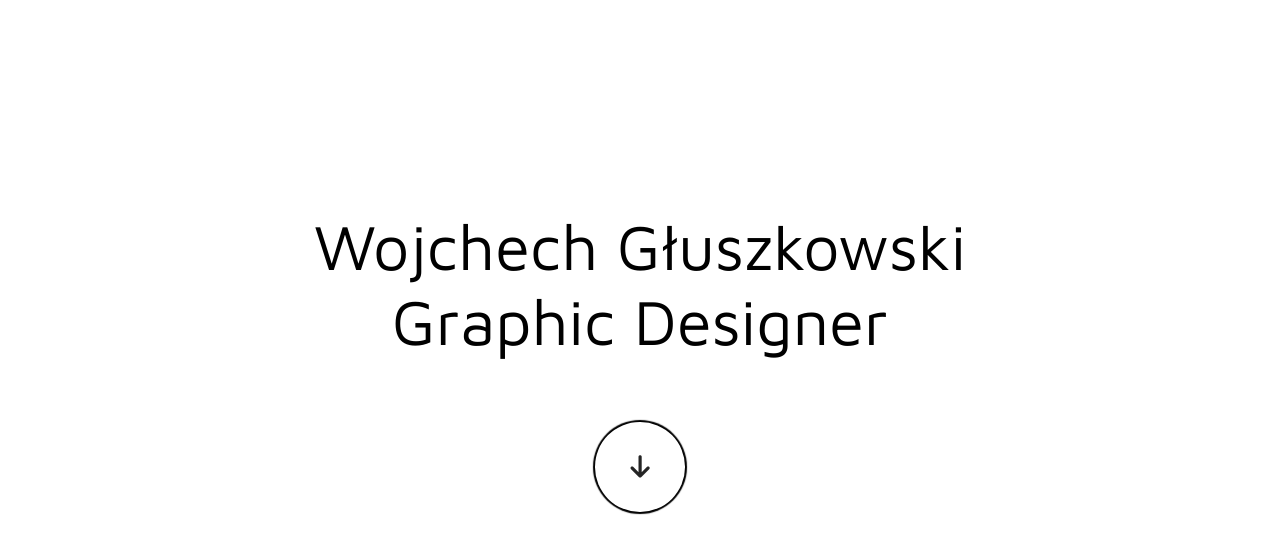
Repository: maciekto/WojciechGluszkowski-Porfolio
Page: /
The author's editor kept a copy of each file at every save. The page is drawn from the files as they stood at one save, then again after a run of saves.
The browser window is 1280 px wide. The pictures show the whole page.
Some web libraries are served in a nearby version. The project was rebuilt for these pictures with package versions that can differ from the ones it lists, and the page was loaded fresh each time.

Above is the page before, as saved 2022-06-07 14:37:09.

After the next 2 saves:
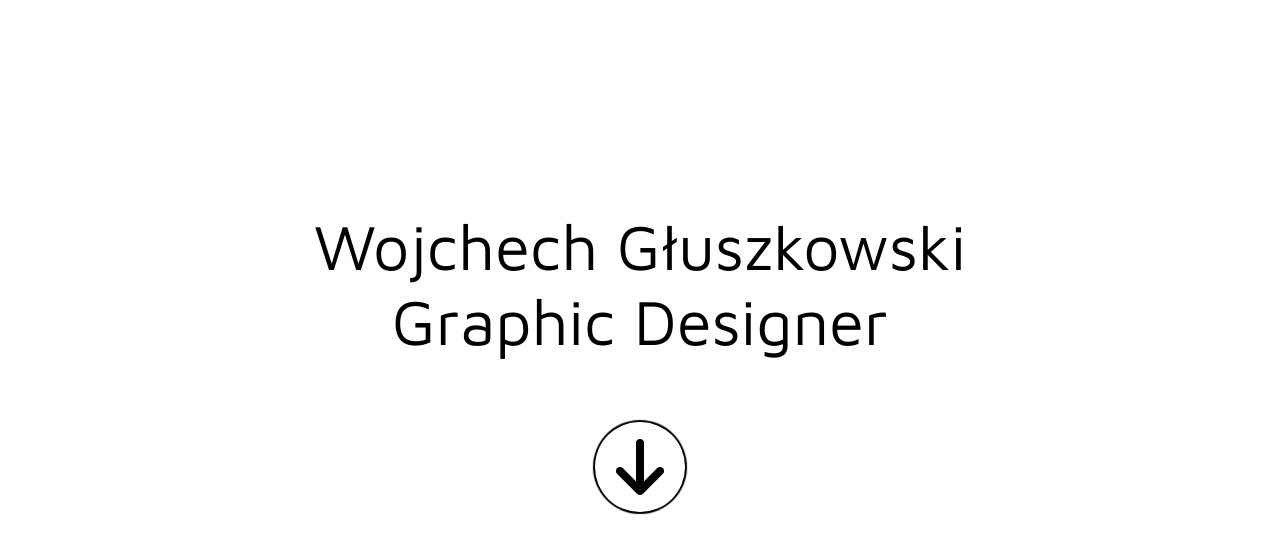
The 2 saves are shown as one change because they came seconds apart.
The last was saved 22 s later.
--- a/src/App.scss
+++ b/src/App.scss
@@ -24,7 +24,7 @@
         place-items: center;
         border-radius: 50%;
         cursor: pointer;
-        & i{
+        &-Arrow {
             transition: 0.4s;
             font-size: 2vw;
             animation: alarm 1s alternate infinite;

After the save that followed:
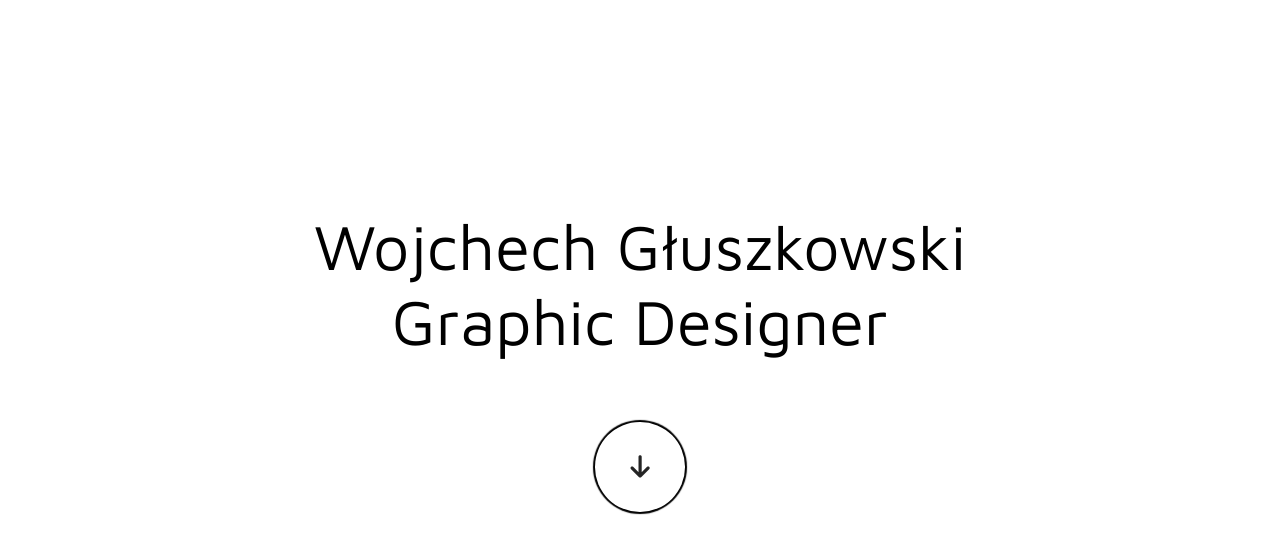
Saved 4 s later.
--- a/src/App.js
+++ b/src/App.js
@@ -9,7 +9,7 @@
         Wojchech Głuszkowski<br />
         Graphic Designer
         <div className="App-Button">
-          <i className="fa-solid fa-arrow-down"></i>
+          <i className="fa-solid fa-arrow-down App-Button-Arrow"></i>
         </div>
 
       </header>
